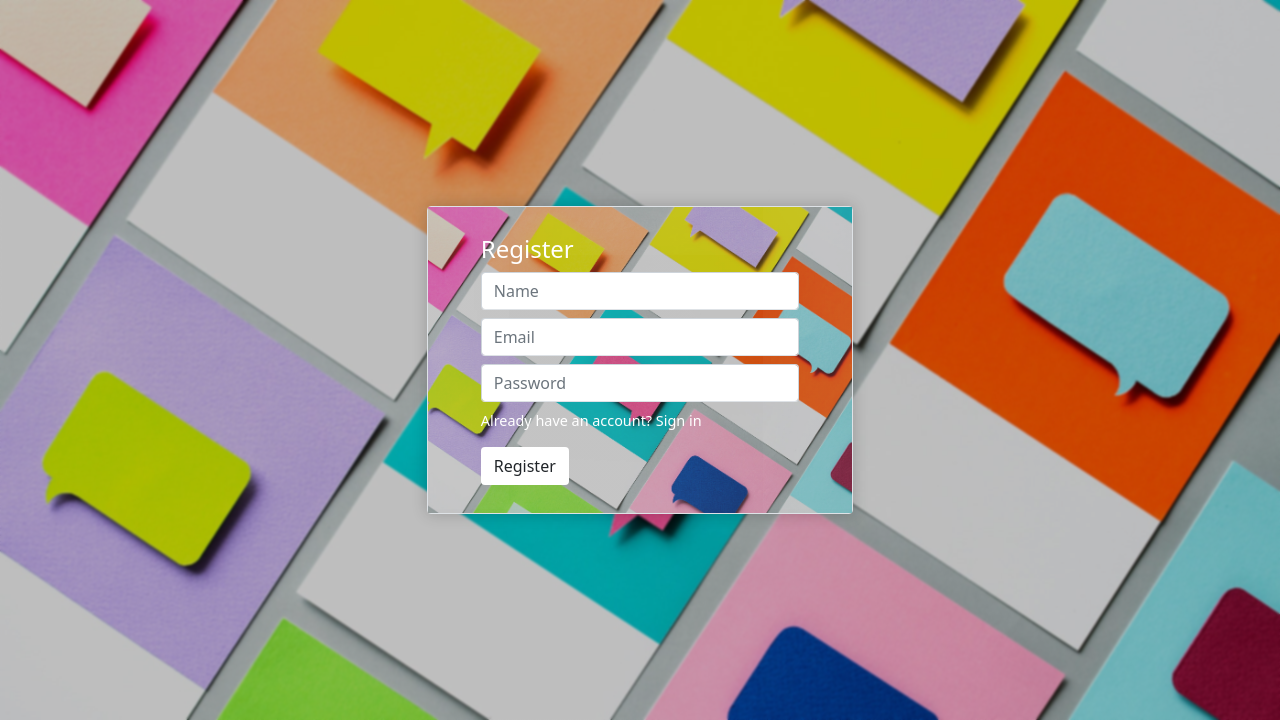
Repository: SaudCh/React-login
Page: /register
These files come from the project's save history. The page is drawn as it stood at one moment and after the next save; the edit follows.
The browser window is 1280 px wide. The pictures show the whole page.
The project was rebuilt for these pictures with package versions that can differ from the ones it lists, and the page was loaded fresh each time. Also part of the build but not shown: src/Components/Login/loginValidation.js, src/Components/Login/Login.jsx, src/Components/Shared/Header.jsx, src/Components/NotFound/NotFound.jsx.

Above is the page before, as saved 2022-02-06 15:18:17.

After the next save:
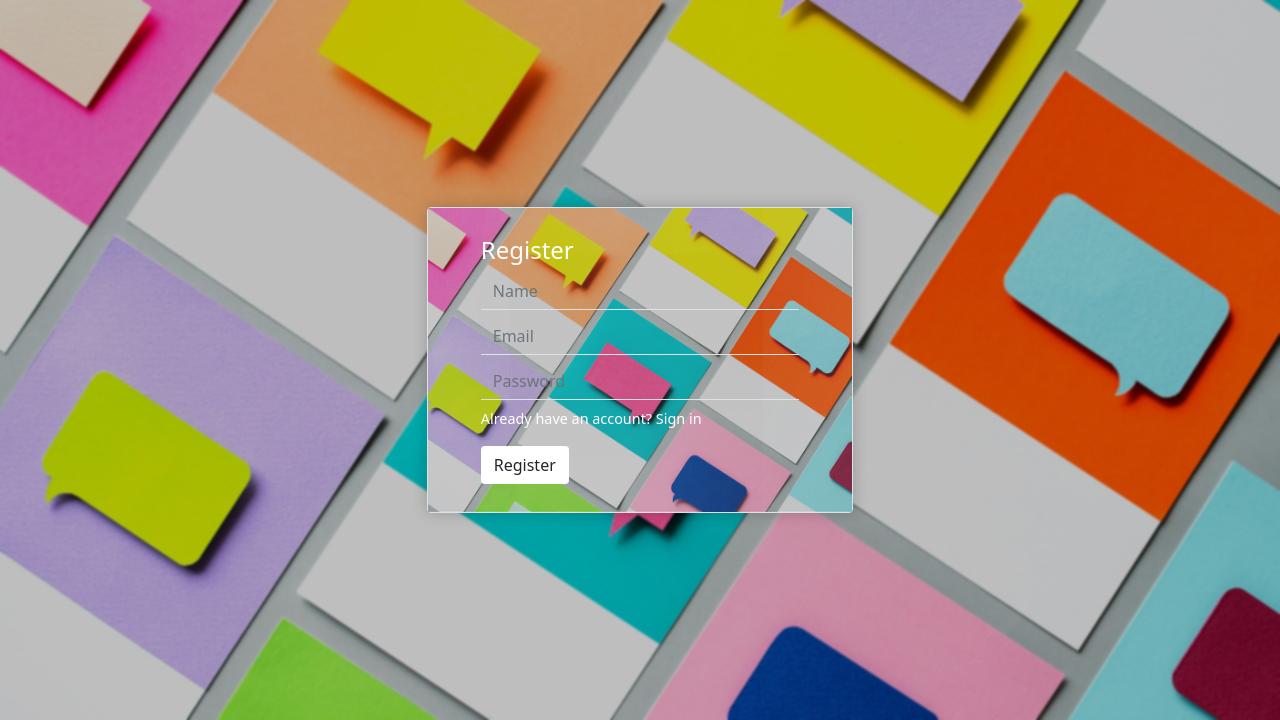
Saved 28 s later.
--- a/src/Components/Register/Register.jsx
+++ b/src/Components/Register/Register.jsx
@@ -1,6 +1,6 @@
 import React, { useState } from "react";
 import "./Register.css";
-import { formStyle } from "./RegsiterCss";
+import { registerInputField } from "../Shared/css";
 import axios from "axios";
 import { registrationValidation } from "./RegisterValidation";
 import { Link } from "react-router-dom";
@@ -60,7 +60,7 @@ export default function Register() {
               <div className="my-2">
                 <input
                   type="text"
-                  style={formStyle}
+                  style={registerInputField}
                   value={name}
                   onChange={(name) => setName(name.target.value)}
                   className="form-control border-bottom hlo"
@@ -73,7 +73,7 @@ export default function Register() {
               </div>
               <div className="form-group my-2">
                 <input
-                  style={formStyle}
+                  style={registerInputField}
                   value={email}
                   onChange={(email) => setEmail(email.target.value)}
                   type="email"
@@ -87,7 +87,7 @@ export default function Register() {
               </div>
               <div className="form-group my-2">
                 <input
-                  style={formStyle}
+                  style={registerInputField}
                   value={password}
                   onChange={(password) => setPassword(password.target.value)}
                   type="password"
